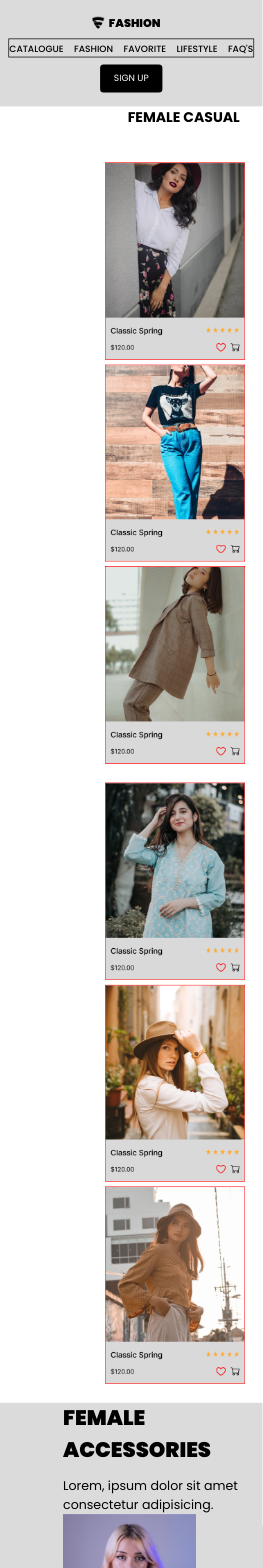
Repository: isaacCodes1/My-Project
Page: lifestyle.html
An editor plug-in stored every save of this project. The page is shown before and after a run of saves, followed by the edit.
The browser window is 375 px wide. The pictures show the part of the page from y = 0 to 2240 px (the page is 3891 px tall before and 3895 px after), at 70% of full size.

Above is the page before, as saved 2024-03-21 18:31:02.

After the next 2 saves:
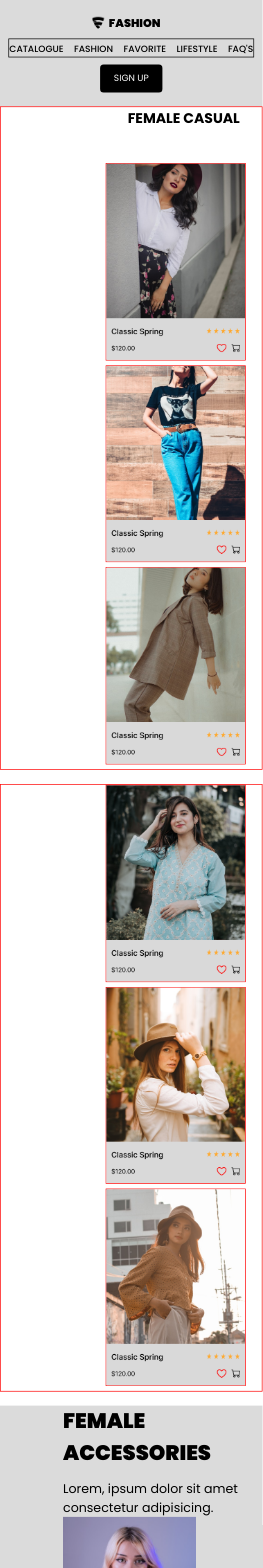
The 2 saves are shown as one change because they came seconds apart.
The last was saved 8 s later.
--- a/Media query.css
+++ b/Media query.css
@@ -154,7 +154,7 @@
   }
   .faetured {
     align-items: center;
-    border: 1px soild red;
+    border: 1px solid red;
   }
   .featuredTxt h1 {
     font-size: 20px;
